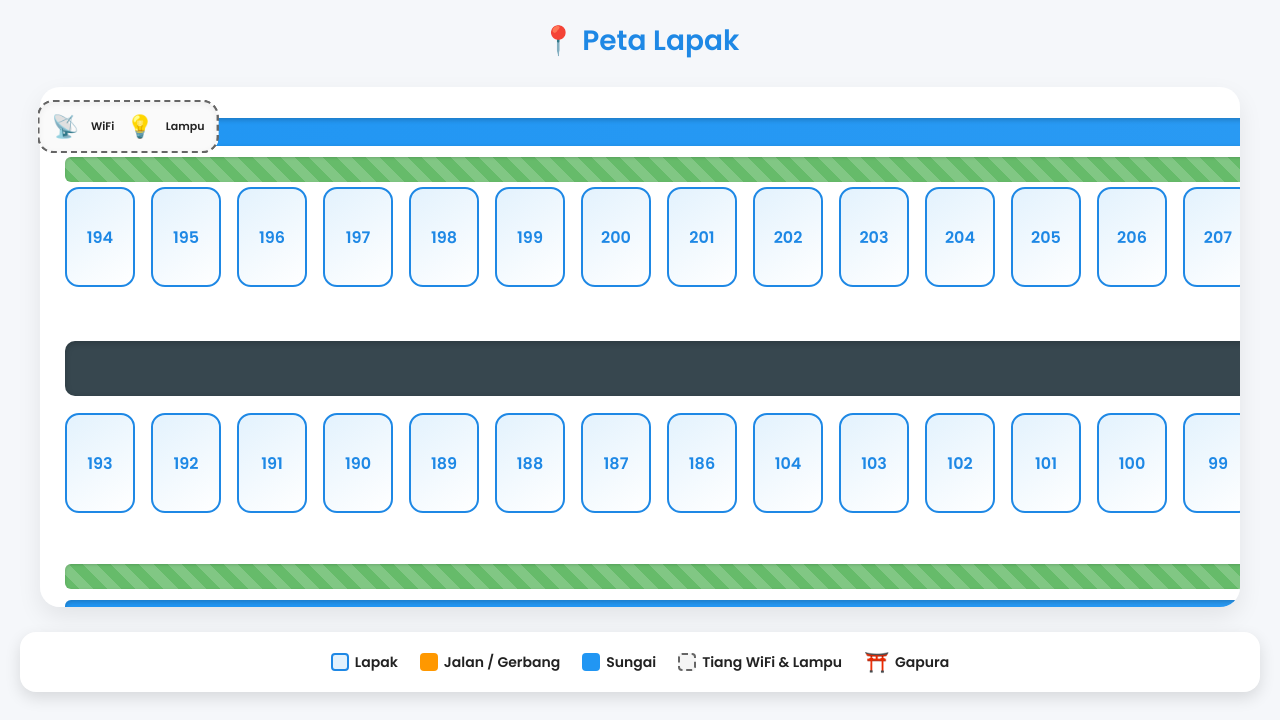
Repository: pasarrakyatbak/denah
Page: index.html
An editor plug-in stored every save of this project. The page is shown before and after a run of saves, followed by the edit.
The browser window is 1280 px wide. The pictures show the whole page.
An inner scrolling area shows only its first screen.

Above is the page before, as saved 2025-09-19 19:01:07.

### index.html
<!DOCTYPE html>
<html lang="id">

<head>
    <meta charset="utf-8" />
    <meta name="viewport" content="width=device-width, initial-scale=1" />
    <title>Peta Lapak Modern</title>
    <link href="https://fonts.googleapis.com/css2?family=Poppins:wght@400;600&display=swap" rel="stylesheet">
    <link rel="stylesheet" href="style.css" />
</head>

<body>
    <h1>📍 Peta Lapak</h1>

    <!-- Tooltip -->
    <div class="tooltip" id="tooltip"></div>

    <!-- Grid Container -->
    <div class="scroll-container">
        <div class="h-inner">

            <!-- Rumput kiri -->
            <div class="sungai-side">🌊 Sungai</div>
            <div class="rumput"></div>
            <!-- Lapak kanan (sekarang di atas jalan utama) -->
            <div class="row bottom" id="right-side"></div>
            <!-- Jalan utama -->
            <div class="road-wrapper">
                <div class="road">JALAN UTAMA</div>
            </div>

            <!-- Lapak kiri (sekarang di bawah jalan utama) -->
            <div class="row top" id="left-side"></div>

            <!-- Rumput kanan -->
            <div class="rumput"></div>
            <div class="sungai-side">🌊 Sungai</div>
        </div>
    </div>


    <!-- Legend -->
    <div class="legend">
        <div>
            <div class="legend-color lapak-color"></div> Lapak
        </div>
        <div>
            <div class="legend-color jalan-color"></div> Jalan / Gerbang
        </div>
        <div>
            <div class="legend-color sungai-color"></div> Sungai
        </div>
        <div>
            <div class="legend-color tiang-color"></div> Tiang WiFi & Lampu
        </div>
        <div>
            <div class="legend-icon">⛩️</div> Gapura
        </div>
    </div>
    </div>

    <script src="script.js"></script>
</body>

</html>

### style.css
/* Reset & Base */
* {
    margin: 0;
    padding: 0;
    box-sizing: border-box;
}

body {
    font-family: 'Poppins', sans-serif;
    background: #f5f7fa;
    color: #222;
    padding: 20px;
    text-align: center;
}

h1 {
    font-size: 28px;
    margin-bottom: 25px;
    color: #1e88e5;
    font-weight: 700;
}

/* Scroll container */
.scroll-container {
    width: 100%;
    max-width: 1200px;
    height: 520px;
    overflow: auto;
    background: #fff;
    border-radius: 20px;
    padding: 25px;
    box-shadow: 0 10px 25px rgba(0, 0, 0, 0.08);
    margin: auto;
}

.h-inner {
    display: flex;
    flex-direction: column;
    gap: 5px;
    min-width: max-content;
}

.row {
    display: flex;
    gap: 16px;
    align-items: flex-start;
    flex-wrap: wrap;
    min-width: max-content;
}

/* Lapak modern */
.lapak {
    width: 70px;
    height: 100px;
    border-radius: 14px;
    background: linear-gradient(145deg, #e3f2fd, #ffffff);
    border: 2px solid #1e88e5;
    color: #1e88e5;
    font-weight: 600;
    display: flex;
    align-items: center;
    justify-content: center;
    cursor: pointer;
    font-size: 16px;
    transition: all 0.3s ease;
}

.lapak:hover {
    background: #1e88e5;
    color: #fff;
    transform: translateY(-6px) scale(1.08);
    box-shadow: 0 10px 18px rgba(30, 136, 229, 0.35);
}

/* Jalan utama */
.road {
    height: 85px;
    background: #37474f;
    color: #fff;
    display: flex;
    align-items: center;
    justify-content: center;
    border-radius: 14px;
    font-weight: 700;
    font-size: 16px;
    margin: 12px 0;
    letter-spacing: 1px;
    box-shadow: inset 0 2px 6px rgba(0, 0, 0, 0.2);
}

/* Jalan / Gerbang */
.jalan-gerbang {
    width: 150px;
    height: 50px;
    background: #ff9800;
    color: #fff;
    display: flex;
    align-items: center;
    justify-content: center;
    border-radius: 12px;
    font-weight: 700;
    transition: all 0.3s;
    box-shadow: 0 4px 12px rgba(255, 152, 0, 0.3);
}

.jalan-gerbang:hover {
    background: #fb8c00;
    transform: translateY(-4px);
}

/* Gapura lintas jalan */
.gapura-container {
    width: 70px;
    height: 100px;
    display: flex;
    flex-direction: column;
    align-items: center;
    justify-content: center;
    gap: 4px;
}

.gapura-icon {
    font-size: 26px;
}

.gapura-arrow {
    font-size: 18px;
}

/* Sungai */
.sungai-bawah {
    background: linear-gradient(180deg, #2196f3 0%, #64b5f6 100%);
    border-radius: 12px;
    color: #fff;
    font-weight: 600;
    display: flex;
    align-items: center;
    justify-content: center;
    font-size: 0.85em;
    width: 120%;
    height: 40px;
    box-shadow: 0 3px 8px rgba(33, 150, 243, 0.4);
}

.sungai-atas {
    background: linear-gradient(90deg, #00bfff, #4fc3f7);
    color: #fff;
    font-size: 12px;
    font-weight: bold;
    padding: 4px 10px;
    border-radius: 8px;
    margin-bottom: 5px;
}

/* Tiang WiFi + Lampu */
.tiang-container {
    position: absolute;
    top: 100px;
    left: 10%;
    transform: translateX(-50%);
    z-index: 10;
    min-width: 120px;
    padding: 8px 12px;
    background: #fafafa;
    border: 2px dashed #666;
    border-radius: 16px;
    display: flex;
    align-items: center;
    justify-content: center;
    gap: 12px;
    font-size: 22px;
    font-weight: bold;
    color: #444;
    box-shadow: inset 0 2px 6px rgba(0, 0, 0, 0.05);
}

.tiang-label {
    font-size: 11px;
    font-weight: 600;
    color: #222;
}


/* Tooltip */
.tooltip {
    position: absolute;
    background: rgba(30, 136, 229, 0.95);
    color: #fff;
    padding: 7px 12px;
    border-radius: 8px;
    font-size: 13px;
    pointer-events: none;
    opacity: 0;
    transition: opacity 0.2s, transform 0.2s;
    z-index: 10;
    transform: translateY(-4px);
}

/* Legend */
.legend {
    margin-top: 25px;
    background: #fff;
    padding: 14px 20px;
    border-radius: 16px;
    box-shadow: 0 6px 16px rgba(0, 0, 0, 0.12);
    font-size: 14px;
    font-weight: 600;
    line-height: 1.6;
    display: flex;
    gap: 22px;
    justify-content: center;
    flex-wrap: wrap;
}

.legend div {
    display: flex;
    align-items: center;
    gap: 6px;
}

.legend-color {
    width: 18px;
    height: 18px;
    border-radius: 4px;
}

.legend-icon {
    font-size: 20px;
}

/* Legend colors */
.lapak-color {
    background: #e3f2fd;
    border: 2px solid #1e88e5;
}

.jalan-color {
    background: #ff9800;
}

.sungai-color {
    background: #2196f3;
}

.tiang-color {
    background: #f5f5f5;
    border: 2px dashed #666;
}

/* Wrapper */
.lapak-wrapper {
    display: flex;
    flex-direction: column;
    align-items: center;
    gap: 6px;
}

.lapak-wrapper .lapak {
    order: 2;
}

.lapak-wrapper .jalan-gerbang,
.lapak-wrapper .gapura-container,
.lapak-wrapper .sungai-atas,
.lapak-wrapper .sungai-bawah,
.lapak-wrapper .tiang-container {
    order: 1;
}

/* Bungkus jalan + rumput */
.road-wrapper {
    display: flex;
    flex-direction: column;
    gap: 6px;
    width: 100%;
}

/* Jalan utama penuh kiri kanan */
.road {
    height: 55px;
    width: 100%;
    background: #37474f;
    color: #fff;
    display: flex;
    align-items: center;
    justify-content: center;
    border-radius: 10px;
    font-weight: 700;
    font-size: 16px;
    letter-spacing: 1px;
    box-shadow: inset 0 2px 6px rgba(0, 0, 0, 0.2);
}

/* Rumput di sisi jalan */
.rumput {
    height: 25px;
    width: 100%;
    background: repeating-linear-gradient(45deg,
            #66bb6a,
            #66bb6a 10px,
            #81c784 10px,
            #81c784 20px);
    border-radius: 6px;
    box-shadow: inset 0 1px 3px rgba(0, 0, 0, 0.15);
}

/* Sungai samping */
.sungai-side {
    width: 100%;
    height: 28px;
    background: linear-gradient(90deg, #2196f3, #64b5f6);
    border-radius: 6px;
    color: #fff;
    font-weight: 600;
    font-size: 13px;
    display: flex;
    align-items: center;
    justify-content: center;
    gap: 6px;
    box-shadow: inset 0 2px 5px rgba(0, 0, 0, 0.2);
    margin: 6px 0;
}

/* Responsive */
@media(max-width:900px) {
    .scroll-container {
        height: 450px;
    }

    .lapak {
        width: 60px;
        height: 90px;
        font-size: 14px;
    }

    .jalan-gerbang {
        width: 120px;
        height: 45px;
        font-size: 13px;
    }
}

@media(max-width:600px) {
    body {
        padding: 12px;
    }

    h1 {
        font-size: 22px;
    }

    .scroll-container {
        height: 400px;
        padding: 12px;
    }

    .lapak {
        width: 50px;
        height: 80px;
        font-size: 13px;
    }

    .jalan-gerbang {
        width: 100px;
        height: 40px;
        font-size: 12px;
    }

    .sungai-bawah {
        width: 100%;
        height: 35px;
        font-size: 0.75em;
    }
}

### script.js
// DATA NOMOR
const leftNumbers = [1, 2, 3, 4, 5, 6, 7, 8, 9, 10, 11, 15, 16, 17, 18, 19, 20, 21, 22, 23, 24, 25, 26, 27, 28, 29, 30, 31, 32, 33, 34, 35, 36, 37, 38, 39, 40, 41, 42, 43, 44, 45, 46, 47, 48, 49, 50, 51, 52, 53, 54, 55, 56, 57, 58, 59, 60, 61, 62, 63, 64, 65, 66, 67, 68, 69, 70, 71, 72, 73, 74, 75, 76, 77, 78, 79, 80, 81, 82, 83, 84, 85, 86, 87, 88, 89, 90, 91, 92, 93, 94, 95, 96, 97, 98, 99, 100, 101, 102, 103, 104, 186, 187, 188, 189, 190, 191, 192, 193];
const rightNumbers = [194, 195, 196, 197, 198, 199, 200, 201, 202, 203, 204, 205, 206, 207, 208, 209, 210, 211, 212, 213, 105, 106, 107, 108, 109, 110, 111, 112, 113, 114, 115, 116, 117, 118, 119, 120, 121, 122, 123, 124, 125, 126, 127, 128, 129, 130, 131, 132, 133, 134, 135, 136, 137, 138, 214, 215, 216, 139, 140, 141, 142, 143, 144, 145, 146, 147, 148, 149, 150, 151, 152, 153, 154, 155, 156, 157, 158, 159, 160, 161, 162, 163, 164, 165, 166, 167, 168, 169, 170, 171, 172, 173, 174, 175, 176, 177, 178, 179, 180, 181, 182, 183, 184, 185];

const rightSide = document.getElementById('right-side');
const leftSide = document.getElementById('left-side');

// Buat lapak
function makeLapak(num) {
    const d = document.createElement('div');
    d.className = 'lapak';
    d.textContent = num;
    return d;
}

rightNumbers.forEach(n => rightSide.appendChild(makeLapak(n)));
leftNumbers.slice().reverse().forEach(n => leftSide.appendChild(makeLapak(n)));

// Gerbang
function insertGerbangBetween(parent, a, b, label = 'Gerbang') {
    const children = Array.from(parent.children);
    const idxA = children.findIndex(c => c.textContent == String(a));
    const idxB = children.findIndex(c => c.textContent == String(b));
    if (idxA === -1 || idxB === -1) return;
    const insertAfterIndex = Math.min(idxA, idxB);
    const refNode = parent.children[insertAfterIndex + 1] || null;
    const g = document.createElement('div');
    g.className = 'jalan-gerbang';
    g.textContent = label;
    parent.insertBefore(g, refNode);
}
insertGerbangBetween(leftSide, 2, 3);
insertGerbangBetween(leftSide, 11, 15);

// Gapura lintas jalan
function insertGapura(leftParent, rightParent, a, b) {
    const idxL = Array.from(leftParent.children).findIndex(c => c.textContent == a);
    const idxR = Array.from(rightParent.children).findIndex(c => c.textContent == b);
    if (idxL === -1 || idxR === -1) return;

    const gapuraBottom = document.createElement('div');
    gapuraBottom.className = 'gapura-container';
    gapuraBottom.innerHTML = `<div class="gapura-icon">⛩️</div><div class="gapura-arrow">⬆️</div>`;
    leftParent.insertBefore(gapuraBottom, leftParent.children[idxL + 1]);

    const gapuraTop = document.createElement('div');
    gapuraTop.className = 'gapura-container';
    gapuraTop.innerHTML = `<div class="gapura-arrow">⬇️</div><div class="gapura-icon">⛩️</div>`;
    rightParent.insertBefore(gapuraTop, rightParent.children[idxR]);
}
insertGapura(leftSide, rightSide, 57, 146);

// Sungai
function placeSungaiBelow(parent, num) {
    const target = Array.from(parent.children).find(c => c.textContent == num);
    if (!target) return;
    const wrapper = document.createElement('div');
    wrapper.className = 'lapak-wrapper';
    wrapper.setAttribute('data-lapak', num);
    parent.insertBefore(wrapper, target);
    wrapper.appendChild(target);

    const sungai = document.createElement('div');
    sungai.className = 'sungai-bawah';
    sungai.textContent = 'Sungai';
    wrapper.appendChild(sungai);
}
function placeSungaiAbove(parent, num) {
    const target = Array.from(parent.children).find(c => c.textContent == num);
    if (!target) return;
    const wrapper = document.createElement('div');
    wrapper.className = 'lapak-wrapper';
    wrapper.setAttribute('data-lapak', num);
    parent.insertBefore(wrapper, target);
    wrapper.appendChild(target);

    const sungai = document.createElement('div');
    sungai.className = 'sungai-atas';
    sungai.textContent = 'Sungai';
    wrapper.insertBefore(sungai, target);
}
placeSungaiBelow(leftSide, 62);
placeSungaiAbove(rightSide, 141);

// Tiang WiFi + Lampu
function insertTiangAbove(parent, num) {
    const target = Array.from(parent.children).find(c => c.textContent == num);
    if (!target) return;

    // Bungkus dulu
    const wrapper = document.createElement('div');
    wrapper.className = 'lapak-wrapper';
    parent.insertBefore(wrapper, target);
    wrapper.appendChild(target);

    // Tambah tiang di atas lapak
    const tiang = document.createElement('div');
    tiang.className = 'tiang-container';
    tiang.innerHTML = `📡<div class="tiang-label">WiFi</div>💡<div class="tiang-label">Lampu</div>`;
    wrapper.insertBefore(tiang, target);
}


// Jalan
function insertJalan(parent, a, b, label = 'Jalan') {
    const idxA = Array.from(parent.children).findIndex(c => c.textContent == a);
    const idxB = Array.from(parent.children).findIndex(c => c.textContent == b);
    if (idxA === -1 || idxB === -1) return;
    const insertAfter = Math.min(idxA, idxB);
    const refNode = parent.children[insertAfter + 1] || null;
    const jalan = document.createElement('div');
    jalan.className = 'jalan-gerbang';
    jalan.textContent = label;
    parent.insertBefore(jalan, refNode);
}

// Contoh insert
insertJalan(rightSide, 156, 157);
insertJalan(rightSide, 216, 139);
insertJalan(rightSide, 163, 164);
insertJalan(rightSide, 180, 181);
insertTiangAbove(rightSide, 20, 201);
insertTiangAbove(rightSide, 108, 109);
insertTiangAbove(rightSide, 124, 125);
insertTiangAbove(rightSide, 137, 138);

const tooltip = document.getElementById('tooltip');

function showTooltip(e, text) {
    tooltip.textContent = text;
    tooltip.style.left = e.pageX + 10 + 'px';
    tooltip.style.top = e.pageY + 10 + 'px';
    tooltip.style.opacity = 1;
}

function hideTooltip() {
    tooltip.style.opacity = 0;
}

// Tambahkan tooltip untuk setiap elemen
document.querySelectorAll('.lapak').forEach(el => {
    el.addEventListener('mouseenter', e => showTooltip(e, 'Lapak #' + el.textContent));
    el.addEventListener('mousemove', e => showTooltip(e, 'Lapak #' + el.textContent));
    el.addEventListener('mouseleave', hideTooltip);
});

document.querySelectorAll('.jalan-gerbang').forEach(el => {
    el.addEventListener('mouseenter', e => showTooltip(e, 'Jalan / Gerbang: ' + el.textContent));
    el.addEventListener('mousemove', e => showTooltip(e, 'Jalan / Gerbang: ' + el.textContent));
    el.addEventListener('mouseleave', hideTooltip);
});

document.querySelectorAll('.sungai-bawah, .sungai-atas').forEach(el => {
    el.addEventListener('mouseenter', e => showTooltip(e, 'Sungai'));
    el.addEventListener('mousemove', e => showTooltip(e, 'Sungai'));
    el.addEventListener('mouseleave', hideTooltip);
});

document.querySelectorAll('.tiang-container').forEach(el => {
    el.addEventListener('mouseenter', e => showTooltip(e, 'Tiang WiFi & Lampu'));
    el.addEventListener('mousemove', e => showTooltip(e, 'Tiang WiFi & Lampu'));
    el.addEventListener('mouseleave', hideTooltip);
});

document.querySelectorAll('.gapura-container').forEach(el => {
    el.addEventListener('mouseenter', e => showTooltip(e, 'Gapura Lintas Jalan'));
    el.addEventListener('mousemove', e => showTooltip(e, 'Gapura Lintas Jalan'));
    el.addEventListener('mouseleave', hideTooltip);
});

After the next 2 saves:
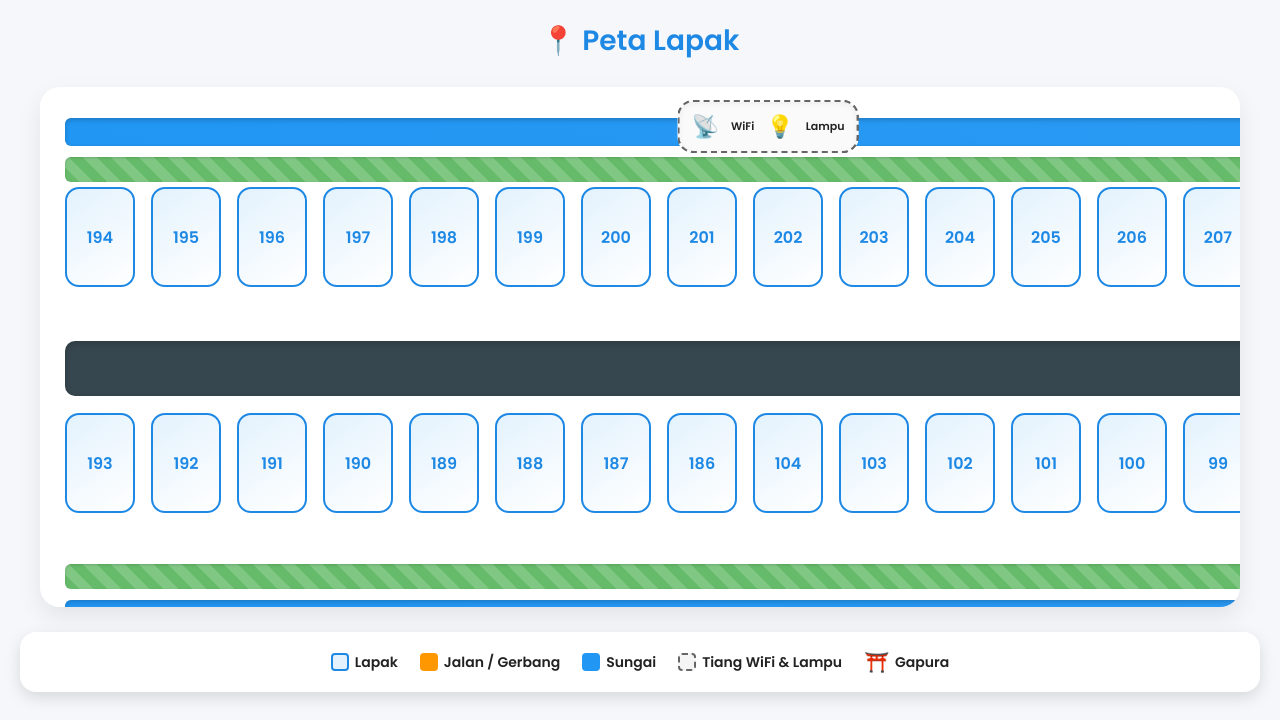
The 2 saves are shown as one change because they came seconds apart.
The last was saved 10 s later.
--- a/style.css
+++ b/style.css
@@ -156,7 +156,7 @@ h1 {
 .tiang-container {
     position: absolute;
     top: 100px;
-    left: 10%;
+    left: 60%;
     transform: translateX(-50%);
     z-index: 10;
     min-width: 120px;
